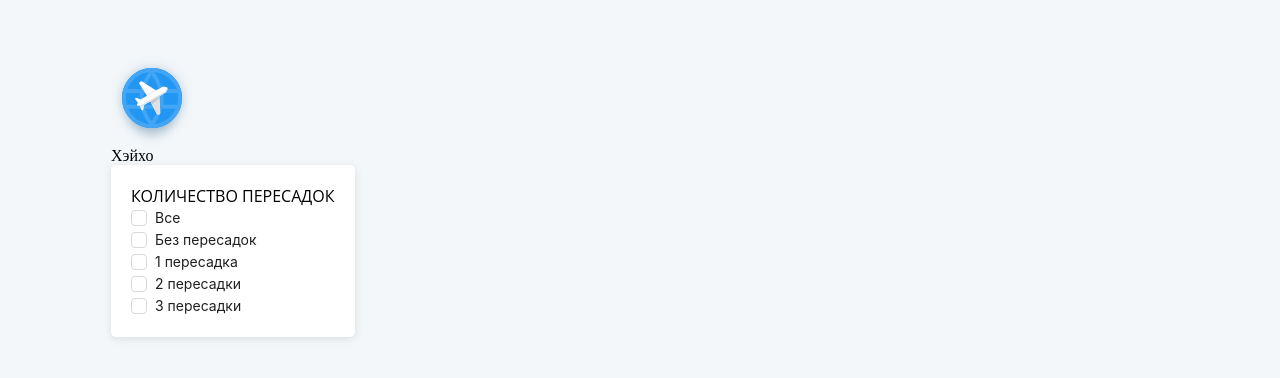
Repository: Dedoxa/aviasalesTickets
Page: /
These files come from the project's save history. The page is drawn as it stood at one moment and after the next save; the edit follows.
The browser window is 1280 px wide. The pictures show the whole page.
The project was rebuilt for these pictures with package versions that can differ from the ones it lists, and the page was loaded fresh each time. Also part of the build but not shown: vite.config.js.

Above is the page before, as saved 2024-10-19 15:56:21.

### index.html
<!doctype html>
<html lang="en">
  <head>
    <meta charset="UTF-8" />
    <meta name="viewport" content="width=device-width, initial-scale=1.0" />
    <title>AviasalesTickets</title>
  </head>
  <body>
    <div id="root"></div>
    <script type="module" src="/src/main.jsx"></script>
  </body>
</html>

### src/main.jsx
import { StrictMode } from 'react';
import { createRoot } from 'react-dom/client';

import App from './App.jsx';

createRoot(document.getElementById('root')).render(
  <StrictMode>
    <App />
  </StrictMode>
);

### src/App.jsx
// import React from 'react';

import TransferFilters from './TransferFilters/TransferFilters.jsx';
import AppIcon from './AppIcon/AppIcon.jsx';
import classes from './App.module.scss';

function App() {
  return (
    <>
      <AppIcon />
      <div className={classes.hehmda}>
        <span className={classes['textSpan']}>Хэйхо</span>
      </div>
      <TransferFilters />
    </>
  );
}

export default App;

### src/TransferFilters/TransferFilters.jsx
import { Checkbox } from 'antd';

import { contentBox } from '../App.module.scss';

import classes from './TransferFilters.module.scss';

const TransferFilters = () => {
  return (
    <>
      <div className={contentBox}>
        <span className={classes.title}>КОЛИЧЕСТВО ПЕРЕСАДОК</span>
        <div className={classes.checkboxContainer}>
          <Checkbox>Все</Checkbox>
          <Checkbox>Без пересадок</Checkbox>
          <Checkbox>1 пересадка</Checkbox>
          <Checkbox>2 пересадки</Checkbox>
          <Checkbox>3 пересадки</Checkbox>
        </div>
      </div>
    </>
  );
};

export default TransferFilters;

### src/AppIcon/AppIcon.jsx
import './AppIcon.scss';

const AppIcon = () => {
  return (
    <div className="AppIcon">
      <img src="/public/img/Logo.svg" alt="AviasalesIcon" />
    </div>
  );
};

export default AppIcon;

### src/App.module.scss
@font-face {
    font-family: "Open Sans";
    src: url('https://fonts.googleapis.com/css2?family=Open+Sans:ital,wght@0,300..800;1,300..800&display=swap');
}

body {
  background-color: #f3f7fa;
  padding: 50px 103px;
}

.contentBox {
  display: inline-block;
  font-family: "Open Sans", sans-serif;
  background-color: #fff;
  border-radius: 5px;
  box-shadow: 0 2px 8px 0 rgba(0, 0, 0, 0.1);
  padding: 20px;
}

### src/TransferFilters/TransferFilters.module.scss
.title {
  margin-bottom: 20px;
}

.checkboxContainer {
  display: flex;
  flex-direction: column;
}

### src/AppIcon/AppIcon.scss
.AppIcon {
    display: flex;
}

.AviasalesIconPlane {
    position: relative;
    left: -55px
}

After the next save:
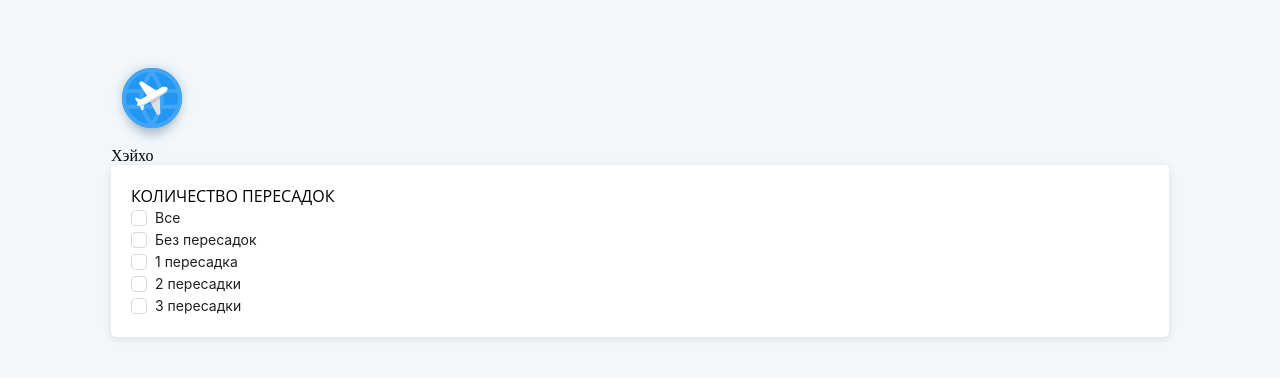
Saved 3 s later.
--- a/src/App.module.scss
+++ b/src/App.module.scss
@@ -1,6 +1,6 @@
 @font-face {
-    font-family: "Open Sans";
-    src: url('https://fonts.googleapis.com/css2?family=Open+Sans:ital,wght@0,300..800;1,300..800&display=swap');
+  font-family: 'Open Sans';
+  src: url('https://fonts.googleapis.com/css2?family=Open+Sans:ital,wght@0,300..800;1,300..800&display=swap');
 }
 
 body {
@@ -9,8 +9,7 @@
 }
 
 .contentBox {
-  display: inline-block;
-  font-family: "Open Sans", sans-serif;
+  font-family: 'Open Sans', sans-serif;
   background-color: #fff;
   border-radius: 5px;
   box-shadow: 0 2px 8px 0 rgba(0, 0, 0, 0.1);

After the save that followed:
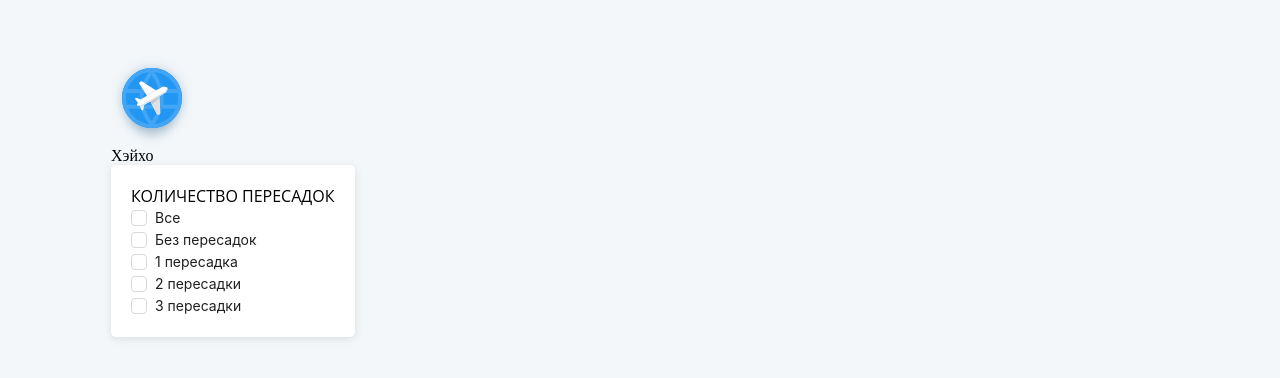
Saved 8 s later.
--- a/src/App.module.scss
+++ b/src/App.module.scss
@@ -9,6 +9,7 @@
 }
 
 .contentBox {
+  display: inline-block;
   font-family: 'Open Sans', sans-serif;
   background-color: #fff;
   border-radius: 5px;
